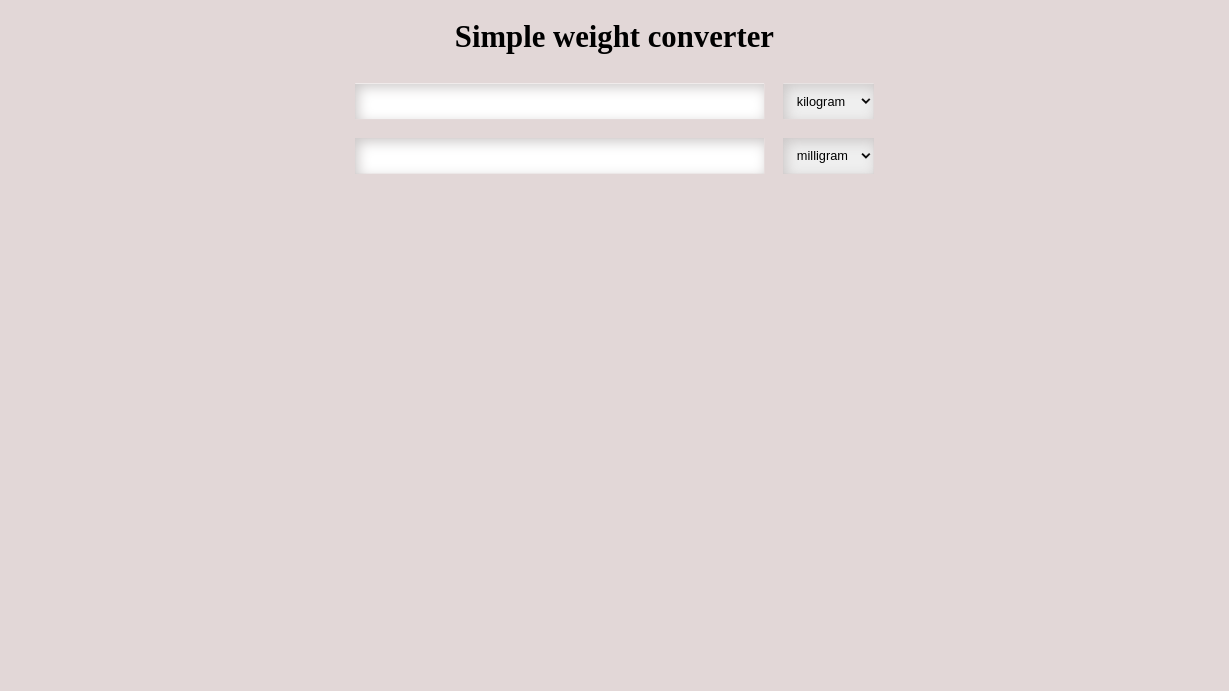
Repository: Eugene44-hub/weight-converter
Page: index.html
The author's editor kept a copy of each file at every save. The page is drawn from the files as they stood at one save, then again after the next save.
The browser window is 1280 px wide. The pictures show the whole page, at 96% of full size.

Above is the page before, as saved 2021-09-20 05:19:27.

After the next save:
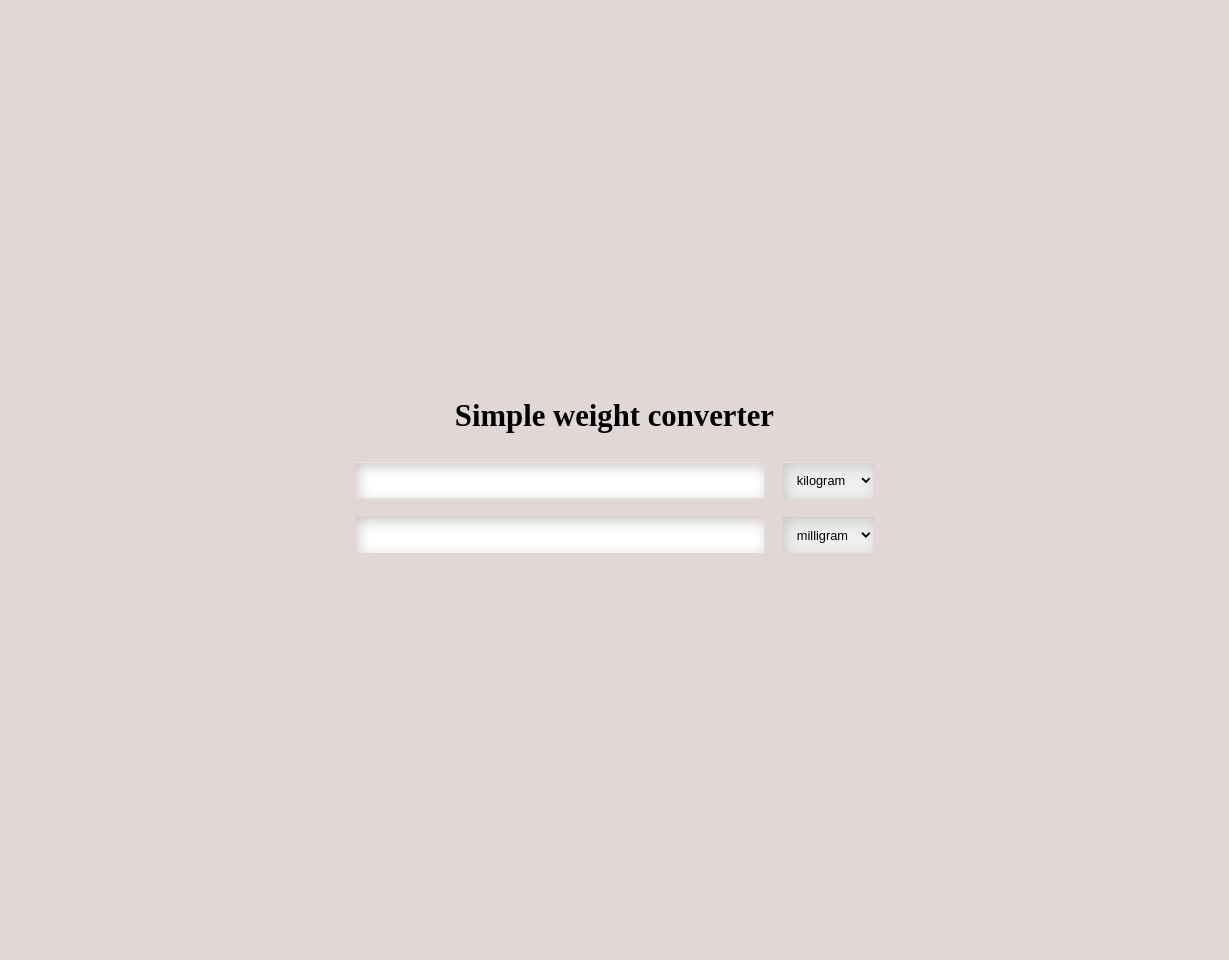
Saved 5 s later.
--- a/style.css
+++ b/style.css
@@ -7,7 +7,7 @@
 body {
     background-color: rgb(226, 215, 215);
     display: flex;
-    height: 100px;
+    height: 1000px;
 }
 
 input {
